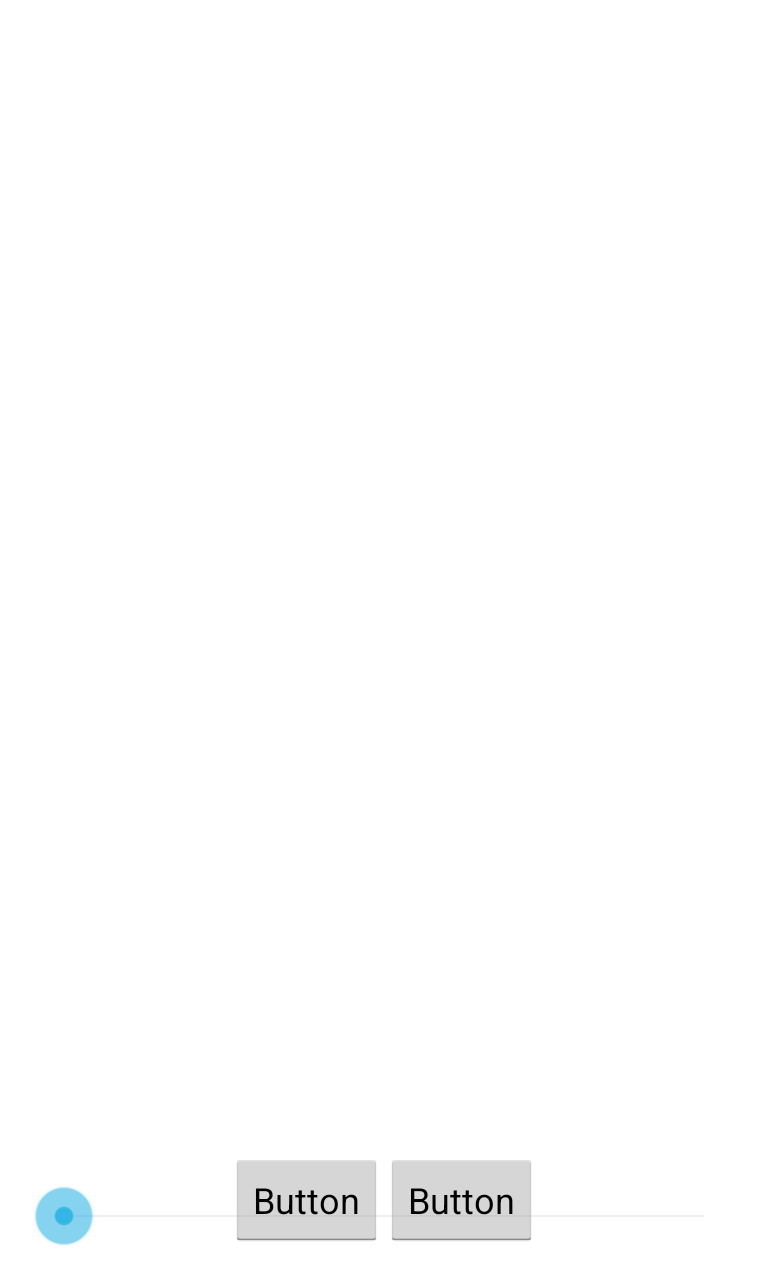
Repository: renatovieira/tcc2013
Layout: TCC/res/layout/activity_filtered_image.xml
The author's editor kept a copy of each file at every save. The layout is drawn from the files as they stood at one save, then again after a run of saves.
It is drawn on a 768 x 1280 px phone screen (xhdpi) without system bars, with theme AppTheme; the app's code is not run.

Above is the layout before, as saved 2013-07-21 23:59:14.

### TCC/res/layout/activity_filtered_image.xml
<RelativeLayout xmlns:android="http://schemas.android.com/apk/res/android"
    xmlns:tools="http://schemas.android.com/tools"
    android:layout_width="match_parent"
    android:layout_height="match_parent"
    android:paddingBottom="@dimen/activity_vertical_margin"
    android:paddingLeft="@dimen/activity_horizontal_margin"
    android:paddingRight="@dimen/activity_horizontal_margin"
    android:paddingTop="@dimen/activity_vertical_margin" >

    <ImageView
        android:id="@+id/imageView1"
        android:layout_width="wrap_content"
        android:layout_height="wrap_content"
        android:layout_below="@+id/seekBar1"
        android:layout_centerHorizontal="true"
        android:layout_marginTop="94dp"
        android:src="@drawable/ic_launcher" />

    <SeekBar
        android:id="@+id/seekBar1"
        android:layout_width="match_parent"
        android:layout_height="wrap_content"
        android:layout_alignParentBottom="true"
        android:layout_centerHorizontal="true" />

        <LinearLayout
        android:id="@+id/linearLayout1"
        android:layout_width="wrap_content"
        android:layout_height="wrap_content"
        android:layout_alignParentBottom="true"
        android:layout_centerHorizontal="true" >

        <Button
            android:id="@+id/button1"
            android:layout_width="wrap_content"
            android:layout_height="wrap_content"
            android:text="Button" />

        <Button
            android:id="@+id/button2"
            android:layout_width="wrap_content"
            android:layout_height="wrap_content"
            android:text="Button" />
    </LinearLayout>

</RelativeLayout>

Loaded but not shown: TCC/res/values/styles.xml (common file); TCC/res/values-v11/styles.xml (common file); TCC/res/values-v14/styles.xml (common file); TCC/res/values/dimens.xml (common file)

After the next 2 saves:
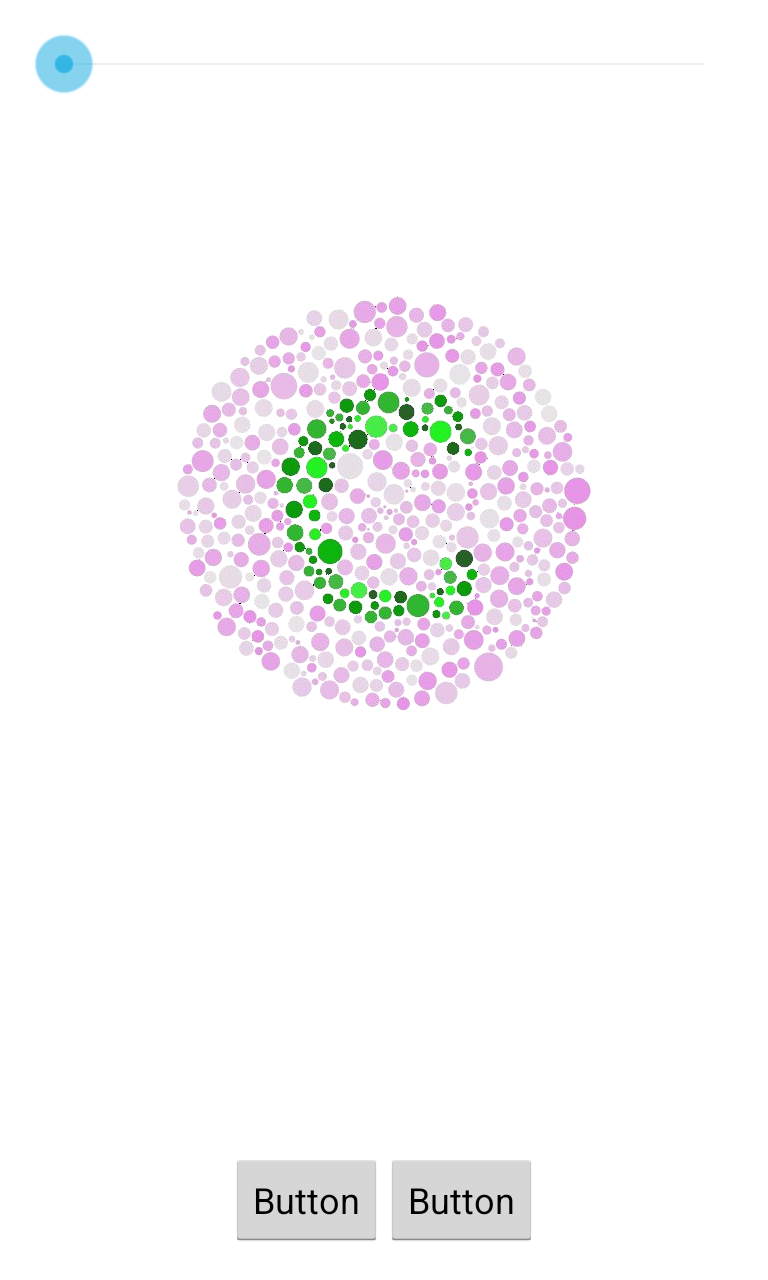
The 2 saves are shown as one change because they came seconds apart.
The last was saved 8 s later.
--- a/TCC/res/layout/activity_filtered_image.xml
+++ b/TCC/res/layout/activity_filtered_image.xml
@@ -20,10 +20,9 @@
         android:id="@+id/seekBar1"
         android:layout_width="match_parent"
         android:layout_height="wrap_content"
-        android:layout_alignParentBottom="true"
         android:layout_centerHorizontal="true" />
 
-        <LinearLayout
+    <LinearLayout
         android:id="@+id/linearLayout1"
         android:layout_width="wrap_content"
         android:layout_height="wrap_content"
